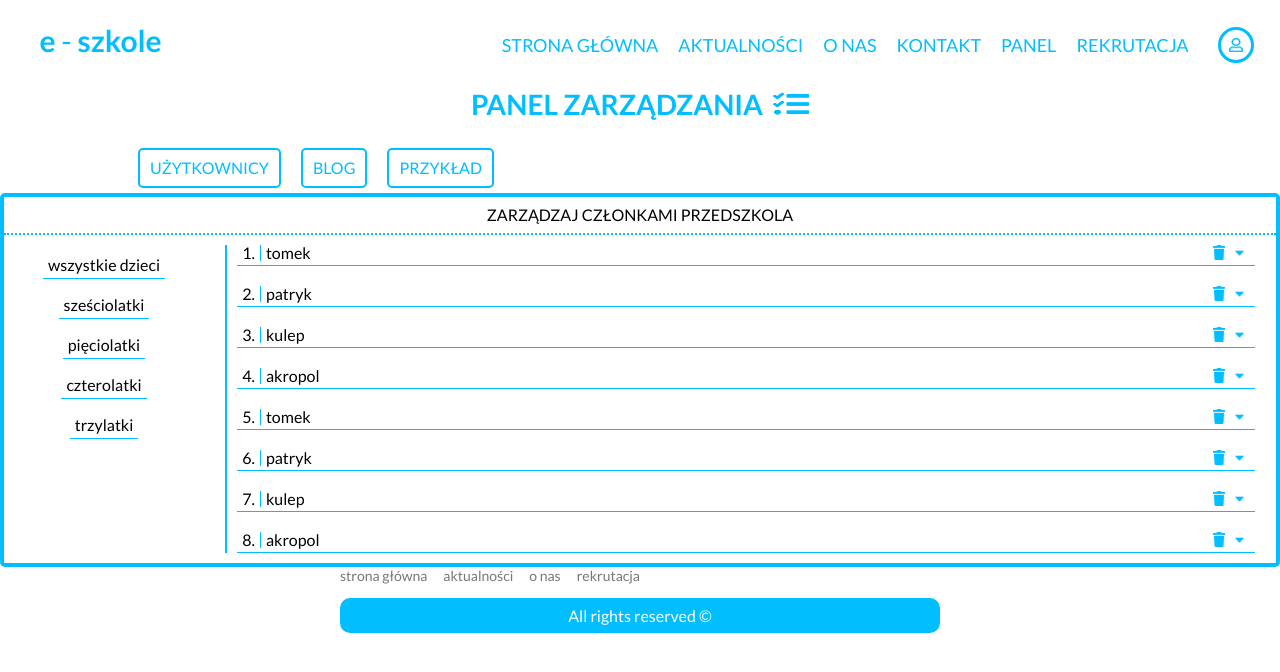
Repository: Votex874/e-szkole
Page: /panel (app in app/)
The author's editor kept a copy of each file at every save. The page is drawn from the files as they stood at one save, then again after the next save.
The browser window is 1280 px wide. The pictures show the whole page.
The project was rebuilt for these pictures with package versions that can differ from the ones it lists, and the page was loaded fresh each time. Also part of the build but not shown: app/src/components/News/Title/index.js, app/src/components/News/Content/index.js, app/src/components/News/Avatar/index.js, app/src/components/News/Footer/index.js, app/src/components/News/index.js, app/src/components/AboutUs/Content/index.js, app/src/components/AboutUs/index.js, app/src/components/Graduates/ListItem/index.js and 26 more.

Above is the page before, as saved 2019-04-04 10:33:22.

### app/src/index.js
import React from 'react';
import ReactDOM from 'react-dom';
import App from './App';
import * as serviceWorker from './serviceWorker';
import { createStore } from 'redux';
import { Provider } from 'react-redux';
import rootReducer from './reducers/rootReducer'

const store = createStore(rootReducer);

ReactDOM.render(<Provider store={store}><App /></Provider>, document.getElementById('root'));

// If you want your app to work offline and load faster, you can change
// unregister() to register() below. Note this comes with some pitfalls.
// Learn more about service workers: http://bit.ly/CRA-PWA
serviceWorker.unregister();

### app/src/App.js
import React, { Component } from 'react';
import { Route, BrowserRouter, Switch } from 'react-router-dom'
import './reset.scss'

import Home from './containers/Home/index'
import Login from './containers/Login/index'
import Contact from './containers/Contact/index'
import News from './containers/News/index'
import About from './containers/About/index'
import Recruitment from './containers/Recruitment/index'
import Panel from './containers/Panel/index'

class App extends Component {
  render() {
    return (
      <BrowserRouter>
        <Switch>
          <Route exact path='/' component={Home} />
          <Route path='/login' component={Login} />
          <Route path='/kontakt' component={Contact} />
          <Route path='/blog' component={News} />
          <Route path='/o-nas' component={About} />
          <Route path='/rekrutacja' component={Recruitment} />
          <Route path='/panel' component={Panel} />
        </Switch>
      </BrowserRouter>
    );
  }
}

export default App;

### app/src/reset.scss
html, body, div, span, applet, object, iframe,
h1, h2, h3, h4, h5, h6, p, blockquote, pre,
a, abbr, acronym, address, big, cite, code,
del, dfn, em, img, ins, kbd, q, s, samp,
small, strike, strong, sub, sup, tt, var,
b, u, i, center,
dl, dt, dd, ol, ul, li,
fieldset, form, label, legend,
table, caption, tbody, tfoot, thead, tr, th, td,
article, aside, canvas, details, embed,
figure, figcaption, footer, header, hgroup,
menu, nav, output, ruby, section, summary,
time, mark, audio, video {
	margin: 0;
	padding: 0;
	border: 0;
	font-size: 100%;
	font: inherit;
	vertical-align: baseline;
}
/* HTML5 display-role reset for older browsers */
article, aside, details, figcaption, figure,
footer, header, hgroup, menu, nav, section {
	display: block;
}
body {
	line-height: 1;
}
ol, ul {
	list-style: none;
}
blockquote, q {
	quotes: none;
}
blockquote:before, blockquote:after,
q:before, q:after {
	content: '';
	content: none;
}
table {
	border-collapse: collapse;
	border-spacing: 0;
}
@import url('https://fonts.googleapis.com/css?family=Lato:300,300i,400,400i,700&amp;subset=latin-ext');

 body {
	font-family: 'Lato', sans-serif;
 }

 a{
	 text-decoration: none;
 }

### app/src/containers/Panel/index.js
import React, { Component } from 'react'
import styled from 'styled-components'

import HeaderMain from '../../components/HeaderMain/index'
import Footer from '../../components/Footer/index'
import PanelManagement from '../../components/PanelManagement/index'

class Panel extends Component{
  render(){
    return (
      <React.Fragment>
        <HeaderMain />
        <PanelManagement />
        <Footer />
      </React.Fragment>
    )
  }
}

export default Panel

### app/src/components/HeaderMain/index.js
import React, { Component } from 'react';
import styled from 'styled-components'
import Logo from '../Logo/index'
import Navigation from '../Nav/index'
import Hamburger from '../Hamburger/index'

const Header = styled.header`
 max-width: 1400px;
 height: 100px;
 margin: 0 auto;
 display: flex;
 justify-content: space-between;
 align-items: center;
 box-sizing: border-box;
 margin-top: 15px;
 @media (max-width: 1400px){
   width: 96%;
   height: 50px;
   align-items: center;
 }
`

class HeaderMain extends Component {
  constructor(props){
    super(props)

    this.state = {
      width: 0
    }
  }

  componentDidMount = () => {
    this.updateWindowDimensions();
    window.addEventListener('resize', this.updateWindowDimensions);
  }

  componentWillUnmount = () => {
    window.removeEventListener('resize', this.updateWindowDimensions);
  }

  updateWindowDimensions = () => {
    this.setState({ width: window.innerWidth });
  }

  render() {
    const { width } = this.state;
    return (
      <Header>
        <Logo />
        { width <= 767 ? <Hamburger /> : <Navigation /> }
      </Header>
    );
  }
}

export default HeaderMain;

### app/src/components/Footer/index.js
import React, { Component } from 'react'
import styled from 'styled-components'
import FooterNav from './FooterNav/index'
import { lightBlue } from '../../constColors'

const FooterContainer = styled.footer`
  width: 600px;
  margin: 0 auto;
  @media (max-width: 767px){
    width: 100%;
  }
`

const FooterBanner = styled.div`
  background-color: ${lightBlue};
  display: flex;
  justify-content: center;
  align-items: center;
  color: #fff;
  margin: 15px auto;
  height: 35px;
  border-radius: 10px;
  @media (max-width: 767px){
    width: 100%;
    border-radius: 0;
  }
`

class Footer extends Component {
  render(){
    return (
      <FooterContainer>
        <FooterNav />
        <FooterBanner>All rights reserved &copy; </FooterBanner>
      </FooterContainer>
    )
  }
}


export default Footer

### app/src/components/PanelManagement/index.js
import React, { Component } from 'react'

import PanelOptions from '../PanelOptions/index'

class PanelManagement extends Component {
  render(){
    return (
      <React.Fragment>
        <PanelOptions />
      </React.Fragment>
    )
  }
}

export default PanelManagement

### app/src/components/Logo/index.js
import React, { Component } from 'react';
import styled from 'styled-components'
import { shineOnHover, lightBlue } from '../../constColors'
import { Link } from 'react-router-dom'

const Alink = styled.span`
  display: flex;
  flex-direction: column;
  justify-content: center;
  align-items: center;
  width: 225px;
  padding: 0 10px;
  text-decoration: none;
  font-size: 50px;
  @media (max-width: 767px) {
    width: 150px;
    height: auto;
    font-size: 28px;
    align-items: flex-start;
    justify-content: flex-start;
    padding: 0;
  }
  @media (min-width: 768px) and (max-width: 1400px) {
    width: 150px;
    font-size: 30px;
    padding: 0;
  }
  @media (min-width: 1401px){
    ${shineOnHover}
  }
`
const Span = styled.h1`
  color: ${lightBlue};
  transition: .2s;
`
const Bold = styled.b`
  font-weight: bold;
`

class Logo extends Component {
  constructor(props){
    super(props)

    this.state = {
      logoLink: '/'
    }
  }
  render() {
    const { logoLink } = this.state;
    return (
      <Link to={logoLink}>
        <Alink>
          <Span id='logo' className="logo2"><Bold>e</Bold> - <Bold>szkole</Bold></Span>
        </Alink>
      </Link>
    );
  }
}

export default Logo;

### app/src/components/Nav/index.js
import React, { Component } from 'react';
import { connect } from 'react-redux'
import styled from 'styled-components'
import SingleLink from './Link/index'
import LoginButton from './../LoginButton/index';


const Nav = styled.nav`
  display: flex;
  margin: 10px 20px 0 auto;
  @media (max-width: 767px){
    flex-direction: column;
    margin: 120px 0 0 0;
  }
`

class Navigation extends Component {

  render() {
    const { links } = this.props;
    let listOfLinks = [];
    let i = 0;
    for (const key of Object.keys(links)) {
      // console.log(key, links[key]);
      listOfLinks[i] = <SingleLink data={links[key]} key={key} />
      i++;
    }
    return (
      <React.Fragment>
        <Nav>
          {listOfLinks}
        </Nav>
        <LoginButton />
      </React.Fragment>
    );
  }
}

const mapStateToProps = (state) => {
  return {
    links: state.links
  }
}

export default connect(mapStateToProps)(Navigation);

### app/src/components/Hamburger/index.js
import React, { Component } from 'react';
import styled from 'styled-components'
import hamburgerImg from '../../images/icons/hamburger.png'
import times from '../../images/icons/times.png'
import Navigation from '../Nav/index'

const Hamburger = styled.div`
  width: 40px;
  height: 40px;
`

const HamburgerImg = styled.img`
  width: 100%;
  height: 100%;
  opacity: 1;
  transition: .4s;
  position: relative;
  z-index: 10;
`

const MobileContainer = styled.div`
  position: absolute;
  display: flex;
  flex-direction: column-reverse;
  top: 0;
  left: 0;
  width: 100vw;
  height: 100vh;
  background-color: #fff;
  opacity: .9;
  z-index: 1;
  transition: .3s;
`

class Hambuger extends Component {
  constructor(props){
    super(props)

    this.body = document.querySelector('body');

    this.state = {
      imgAlt: 'hamburgerMenuIcon',
      imgSrc: hamburgerImg,
      fade: 1,
      displayMobile: 'none'
    }
  }

  handleHamburger = () => {
    const { imgSrc } = this.state;
    setTimeout( () => {
      if (imgSrc !== hamburgerImg) {
        this.body.style.overflow = "auto";
        this.setState({
          imgSrc: hamburgerImg,
          displayMobile: 'none',
          fade: 1
        })
      } else {
        this.body.style.overflow = "hidden";
        this.setState({
          imgSrc: times,
          displayMobile: 'block',
          fade: 1
        })
      }
    }, 400)
    this.setState({
      fade: 0
    })
  }

  render() {
    const { imgAlt, imgSrc, fade, displayMobile } = this.state
    return (
      <Hamburger>
        <HamburgerImg style={{opacity: fade}} src={imgSrc} alt={imgAlt} onClick={this.handleHamburger}/>
        <MobileContainer style={{display: displayMobile}}>
          <Navigation />
        </MobileContainer>
      </Hamburger>
    );
  }
}


export default Hambuger;

### app/src/components/SectionTitle/index.js
import React from 'react'
import styled from 'styled-components'
import { lightBlue } from '../../constColors'

const HeaderTitle = styled.h2`
  color: ${lightBlue};
  font-size: 32px;
  text-transform: uppercase;
  font-weight: bold;
  text-align: center;
  @media (max-width: 767px){
    font-size: 22px;
  }
  @media (min-width: 768px) and (max-width: 1400px){
    font-size: 28px;
  }
`
const HeaderImg = styled.img`
  width: 40px;
  height: 30px;
  margin-left: 10px;
  @media(max-width: 767px){
    width: 30px;
    height: 20px;
  }
  @media (min-width: 768px) and (max-width: 1400px){
    width: 36px;
    height: 26px;
  }
`

const Header = styled.header`
  display: flex;
  justify-content: center;
  align-items: center;
  width: 90%;
  margin: 25px auto;
`

const SectionTitle = ({ title, img }) => {
  return (
    <Header>
      <HeaderTitle>{title}</HeaderTitle>
      <HeaderImg src={img} alt="ikona zespolu"/>
    </Header>
  )
}


export default SectionTitle;

### app/src/components/Footer/FooterNav/index.js
import React, { Component } from 'react'
import styled from 'styled-components'
import NavLink from './NavLink/index'
import { connect } from 'react-redux'

const NavContainer = styled.nav`
  display: flex;
  justify-content: space-between;
  width: 50%;
  @media (max-width: 767px){
    width: 90%;
    margin: 0 auto;
  }
`

class FooterNav extends Component {
  constructor(props){
    super(props)

    this.state = {
      nav: []
    }
  }
  componentDidMount = () => {
    const { links } = this.props
    let listOfNavs = [];
    let i = 0;
    for (const key of Object.keys(links)) {
      if(links[key].basic === 'true'){
        listOfNavs[i] =
          <NavLink name={links[key].name} url={links[key].url} key={key} />
        i++;
      }
    }
    this.setState({
      nav: listOfNavs
    })
  }

  render(){
    const { nav } = this.state;
    return(
      <NavContainer>
        {nav}
      </NavContainer>
    )
  }
}

const mapStateToProps = (state) => {
  return {
    links: state.links
  }
}

export default connect(mapStateToProps)(FooterNav);

### app/src/constColors.js
const brown = '#BF5000';
const greenDark = '#008723';
const greenLight = '#34BD56';
const lightBlue = '#00BEFF';
const turquoise = '#fff';
const darkBlue = '#0057AE';

const shineOnHover = `
position: relative;
    overflow: hidden;
    display: inline-block;
    border-radius: 5px;
    text-align: center;
    line-height: 50px;

  &:after {
    content: "";
    position: absolute;
    top: -110%;
    left: -210%;
    width: 200%;
    height: 200%;
    opacity: 0;
    /* transform: rotate(30deg); */

    background: rgba(0, 190, 255, 0.13);
    background: linear-gradient(
      to right,
      rgba(0, 190, 255, 0.13) 0%,
      rgba(0, 190, 255, 0.13) 77%,
      rgba(0, 190, 255, 0.5) 92%,
      rgba(0, 190, 255, 0.0) 100%
    );
  }

  &:hover:after {
    opacity: 1;
    top: -30%;
    left: -30%;
    transition-property: left, top, opacity;
    transition-duration: 0.7s, 0.7s, 0.15s;
    transition-timing-function: ease;
  }


  &:active:after {
    opacity: 0;
  }
`

export { brown, greenLight, greenDark, lightBlue, shineOnHover, turquoise, darkBlue }

### app/src/components/PanelOptions/index.js
import React, { Component } from 'react'
import styled from 'styled-components'

import PanelItem from './PanelItem/index'
import SectionTitle from '../SectionTitle'
import TaskImg from '../../images/icons/tasks.png'
import Users from './Users/index'
import { lightBlue } from '../../constColors';

const OptionsList = styled.ul`
  width: 1200px;
  margin: 0 auto;
  display: flex;
  justify-content: flex-start;
  align-items: center;
  flex-wrap: wrap;
  @media (max-width: 767px){
    width: 90%;
  }
  @media (min-width: 768px) and (max-width: 1400px){
    width: 80%;
  }
`

const ChoosenOption = styled.div`
  border: 4px solid ${lightBlue};
  border-radius: 5px;
  margin: 0 auto;
  @media(max-width: 767px){
    width: 90%;
  }
`

class PanelOptions extends Component{
  constructor(props){
    super(props)

    this.state = {
      list: ['użytkownicy', 'blog', 'przykład'],
      users: <Users />
    }
  }

  handleClick = (id) => {
    console.log(id, 'id')
  }

  render(){
    return (
      <React.Fragment>
        <SectionTitle title="Panel Zarządzania" img={TaskImg} />
        <OptionsList>
          {this.state.list.map((e,i) => {
            return <PanelItem id={i} handleClick={this.handleClick} key={i} content={e} />
          })}
        </OptionsList>
        <ChoosenOption>
          {this.state.users}
        </ChoosenOption>
      </React.Fragment>
    )
  }
}

export default PanelOptions

### app/src/components/Nav/Link/index.js
import React from 'react';
import styled from 'styled-components'
import { shineOnHover, lightBlue } from '../../../constColors'
import { Link } from 'react-router-dom'

const Alink = styled.span`
  text-decoration: none;
  color: ${lightBlue};
  margin: 10px 0;
  padding: 0 12px;
  font-size: 20px;
  text-transform: uppercase;
  text-align: center;

  @media (max-width: 767px){
    font-size: 24px;
    display: flex;
    justify-content: center;
    align-items: center;
  }
  @media (min-width: 768px) and (max-width: 1050px){
    font-size: 14px;
    margin: 10px 0;
    padding: 4px;
  }
  @media (min-width: 1051px) and (max-width: 1400px){
    font-size: 18px;
    margin: 10px 0;
    padding: 0 10px;
  }
  @media (min-width: 1401px){
    ${shineOnHover}
}
`

const SingleLink = ({ data }) => {
  const handleClick = () => {
    document.querySelector('body').style.overflow = "auto";
  }
  return (
    <Link onClick={handleClick} to={data.url}>
      <Alink>
        {data.name}
      </Alink>
    </Link>
  )
}

export default SingleLink;

### app/src/components/LoginButton/index.js
import React, { Component } from 'react';
import styled from 'styled-components'
import imgUser from '../../images/icons/loginUser.png'
import { shineOnHover, lightBlue } from '../../constColors'
import { Link } from 'react-router-dom'

const ButtonAlink = styled.span`
  width: 160px;
  height: 30px;
  font-size: 14px;
  text-transform: uppercase;
  font-weight: bold;
  text-decoration: none;
  display: flex;
  justify-content: center;
  align-items: center;
  border-radius: 20px;
  border: 3px solid ${lightBlue};
  margin-top: 10px;
  @media (max-width: 767px){
    position: absolute;
    top: 15px;
    left: 10px;
    width: 220px;
    height: 40px;
    font-size: 24px;
  }
  @media (min-width: 768px) and (max-width: 1400px){
    width: 30px;
  }
  @media (min-width: 1401px){
    ${shineOnHover}
    border-radius: 20px;
    line-height: normal;
    display: flex;
  }
`

const IconImg = styled.img`
  background-position: center;
  background-size: cover;
  background-repeat: no-repeat;
  margin-left: 15px;
  width: 14px;
  height: 14px;
  @media (max-width: 767px){
    width: 26px;
    height: 26px;
  }
  @media (min-width: 768px) and (max-width: 1400px){
    margin-left: 0;
  }
`
const SpanText = styled.span`
  color: ${lightBlue};
  @media (min-width: 768px) and (max-width: 1400px){
    display: none;
  }
`

class LoginButton extends Component {
  constructor(props){
    super(props)

    this.state = {
      loginLink: '/login'
    }
  }

  handleEnableScroll = () => {
    document.querySelector('body').style.overflow = "auto";
  }

  render() {
    const { loginLink } = this.state;
    return (
      <Link onClick={this.handleEnableScroll} to={loginLink} >
        <ButtonAlink>
          <SpanText>zaloguj się</SpanText>
          <IconImg src={imgUser} />
        </ButtonAlink>
      </Link>
    );
  }
}

export default LoginButton;

### app/src/components/Footer/FooterNav/NavLink/index.js
import React from 'react'
import styled from 'styled-components'
import { Link } from 'react-router-dom'

const Alink = styled.span`
  text-decoration: none;
  font-size: 14px;
  color: #777;
  @media (max-width: 767px){
    font-size: 12px;
  }
  @media (min-width: 768px) and (max-width: 1400px){
    font-size: 14px;
  }
`


const NavLink = ({ name, url }) => {
  return (
    <Link to={url}>
      <Alink>{name}</Alink>
    </Link>
  )
}

export default NavLink

### app/src/components/PanelOptions/PanelItem/index.js
import React, { Component } from 'react'
import styled from 'styled-components'

import { lightBlue } from '../../../constColors'

const SingleItem = styled.li`
  color: ${lightBlue};
  text-transform: uppercase;
  margin: 5px 10px;
  padding: 10px;
  border: 2px solid ${lightBlue};
  border-radius: 5px;
  @media (max-width: 767px){
    font-size: 12px;
    padding: 5px;
  }
  @media(min-width: 1400px){
    &:hover{
      color: #fff;
      background-color: ${lightBlue};
    }
  }
`

class PanelItem extends Component{

  handleClick = (id) => {
    if (typeof this.props.handleClick === 'function'){
      this.props.handleClick(id)
    }
  }

  render(){
    const { content, id } = this.props
    return (
      <React.Fragment>
        <SingleItem onClick={() => this.handleClick(id)}>{content}</SingleItem>
      </React.Fragment>
    )
  }
}

export default PanelItem

### app/src/components/PanelOptions/Users/index.js
import React, { Component } from 'react'
import styled from 'styled-components'
import { lightBlue } from '../../../constColors';

import SidebarMenuItem from '../Item/index'
import ArrowHide from '../../../images/icons/arrow-hide.png'
import ArrowShow from '../../../images/icons/arrow-show.png'
import Trash from '../../../images/icons/trash.png'

const Title = styled.h2`
  text-transform: uppercase;
  font-size: 120%;
  margin: 10px 0 0 0;
  padding-bottom: 10px;
  border-bottom: 2px dotted ${lightBlue};
  @media(max-width: 767px){
    font-size: 90%;
    text-align: center;
    border-bottom: none;
  }
  @media (min-width: 768px) and (max-width: 1399px){
    font-size: 100%;
    text-align: center;
  }
`

const UsersList = styled.ul`
  padding-left: 10px;
  border-left: 2px solid ${lightBlue};
  margin: 10px auto;
  width: 80%;

  @media (max-width: 767px){
    padding: 0;
    margin: 0;
  }
`

const UserItem = styled.li`
  border-bottom: 1px solid ${lightBlue};
  padding-bottom: 4px;
  margin: 10px 0;
  display: flex;
  flex-direction: column;
  @media (min-width: 768px) and (max-width: 1399px){
    margin: 20px 0;
  }
  &:first-of-type{
    margin-top: 0;
  }
  &:last-of-type{
    margin-bottom: 0;
  }
`

const Icons = styled.div`
  cursor: pointer;
  @media (max-width: 767px){
    width: 12px;
    height: 15px;
    display: flex;
    margin: 0 35px 0 auto;
  }
  @media (min-width: 768px) and (max-width: 1399px){
    width: 12px;
    height: 15px;
    display: flex;
    margin: 0 35px 0 auto;
  }
`

const Img = styled.img`
  width: 100%;
  height: 100%;
  margin: 0 5px;
`

const Id = styled.p`
  border-right: 1px solid ${lightBlue};
  padding: 0 5px;
  margin-right: 5px;
`

const MoreInfo = styled.p`
	height: 0px;
  visibility: hidden;
  transition: .5s;
  width: 0px;
`

const ContainerUserInfo = styled.div`
  display: flex;
`
const MainContainer = styled.div`
  display: flex;
  flex-direction: row;
  @media (max-width: 767px){
    flex-direction: column;
  }
`

const UserName = styled.span`
`

const SidebarMenu = styled.div`
  display: flex;
  justify-content: space-around;
  align-items: center;
  flex-wrap: wrap;
  flex-direction: column;
  margin: 10px 0;
  max-height: 200px;
  width: 200px;
  @media (max-width: 767px){
    border-top: 2px dotted ${lightBlue};
    border-bottom: 2px dotted ${lightBlue};
    padding: 10px 0;
    flex-direction: row;
    width: auto;
  }
`

class Users extends Component{
  constructor(props){
    super(props)

    this.state = {
      sidebarItems: ['wszystkie dzieci', 'sześciolatki', 'pięciolatki', 'czterolatki', 'trzylatki'],
      users: ['tomek', 'patryk', 'kulep', 'akropol', 'tomek', 'patryk', 'kulep', 'akropol'],
      usersArray: []
    }
  }

  componentDidMount = () => {
    const { users } = this.state
    const usersList = users.map((e, i) => {
      return (
        <UserItem key={i}>
          <ContainerUserInfo>
            <Id>{i + 1}.</Id>
            <UserName>{e}</UserName>
            <Icons><Img src={Trash} /> <Img onClick={() => this.handleShowMoreInfo(i, e)} src={ArrowShow} /></Icons>
          </ContainerUserInfo>
          <MoreInfo>3213213</MoreInfo>
        </UserItem>
      )
    })
    this.setState({
      usersArray: usersList
    })
  }

  handleShowMoreInfo = (id, name) => {
    const { usersArray } = this.state
    const arrayHandler = [...usersArray];

    arrayHandler[id] = <UserItem key={id}>
      <ContainerUserInfo>
        <Id>{id + 1}.</Id>
        <UserName>{name}</UserName>
        <Icons><Img src={Trash} /> <Img onClick={() => this.handleHideMoreInfo(id, name)} src={ArrowHide} /></Icons>
      </ContainerUserInfo>
      <MoreInfo>3213213</MoreInfo>
    </UserItem>

    this.setState({
      usersArray: arrayHandler
    })

    const styleSlideUp = {
      height: 200,
      visibility: "visible",
      width: 'auto'
    }

    setTimeout(() => {
      arrayHandler[id] = <UserItem key={id}>
        <ContainerUserInfo>
          <Id>{id + 1}.</Id>
          <UserName>{name}</UserName>
          <Icons><Img src={Trash} /> <Img onClick={() => this.handleHideMoreInfo(id, name)} src={ArrowHide} /></Icons>
        </ContainerUserInfo>
        <MoreInfo style={ styleSlideUp }>3213213</MoreInfo>
      </UserItem>
      this.setState({
        usersArray: arrayHandler
      })
    }, 100)
  }

  handleHideMoreInfo = (id, name) => {
    const { usersArray } = this.state
    const arrayHandler = [...usersArray];

    arrayHandler[id] = <UserItem key={id}>
      <ContainerUserInfo>
        <Id>{id + 1}.</Id>
        <UserName>{name}</UserName>
        <Icons><Img src={Trash} /> <Img onClick={() => this.handleShowMoreInfo(id, name)} src={ArrowShow} /></Icons>
      </ContainerUserInfo>
      <MoreInfo>3213213</MoreInfo>
    </UserItem>

    this.setState({
      usersArray: arrayHandler
    })
  }

  render(){
    const { sidebarItems, usersArray } = this.state
    return (
      <React.Fragment>
        <Title>Zarządzaj członkami przedszkola</Title>
        <MainContainer>
          <SidebarMenu>
            {sidebarItems.map((e, i) => {
              return <SidebarMenuItem key={i} content={e} />
            })}
          </SidebarMenu>
          <UsersList>
            {usersArray}
          </UsersList>
        </MainContainer>
      </React.Fragment>
    )
  }
}

export default Users

### app/src/components/PanelOptions/Item/index.js
import React from 'react'
import styled from 'styled-components'
import { lightBlue } from '../../../constColors'

const Item = styled.p`
  padding: 5px;
  border-bottom: 1px solid ${lightBlue};
  margin: 0 5px;
`

const SidebarMenuItem = ({ content }) => {
  return (
    <Item>{content}</Item>
  )
}

export default SidebarMenuItem

Loaded but not shown: app/public/index.html (common file); app/src/serviceWorker.js (common file); app/src/reducers/rootReducer.js (169 lines, source omitted)

After the next save:
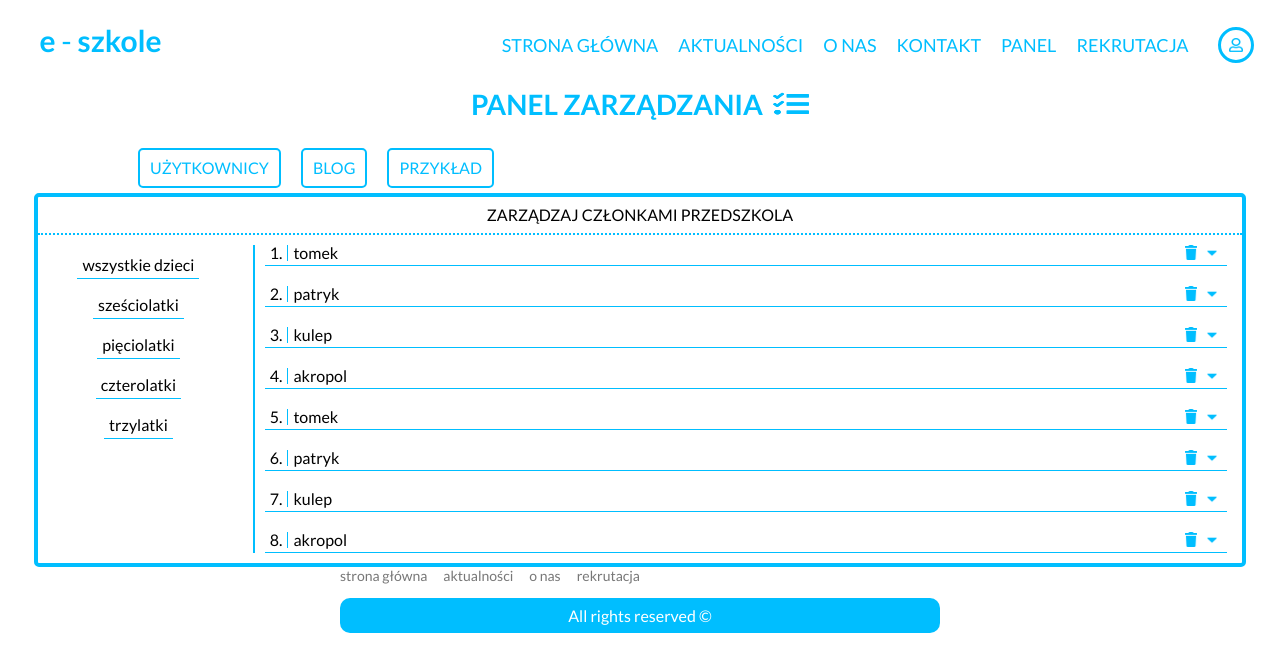
Saved 64 s later.
--- a/app/src/components/PanelOptions/index.js
+++ b/app/src/components/PanelOptions/index.js
@@ -28,6 +28,10 @@ const ChoosenOption = styled.div`
   margin: 0 auto;
   @media(max-width: 767px){
     width: 90%;
+  }
+  @media (min-width: 768px) and (max-width: 1399px){
+    width: 94%;
+    margin: 0 auto;
   }
 `
 
